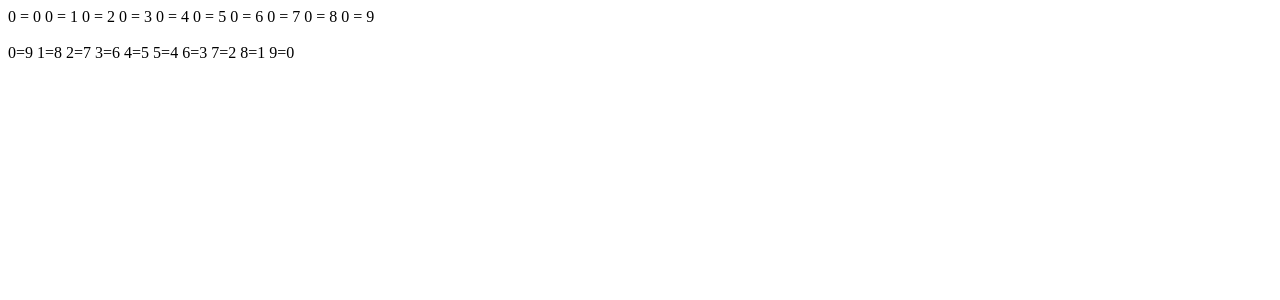
Repository: Sxcram02/1-daw
Page: http://localhost/ejercicios.php
An editor plug-in stored every save of this project. The page is shown before and after the next save, followed by the edit.
The browser window is 1280 px wide. The pictures show the whole page.
The page is run by PHP 8.4 with error messages shown; the project is at /var/www/html/.

Above is the page before, as saved 2023-02-07 16:08:40.

After the next save:
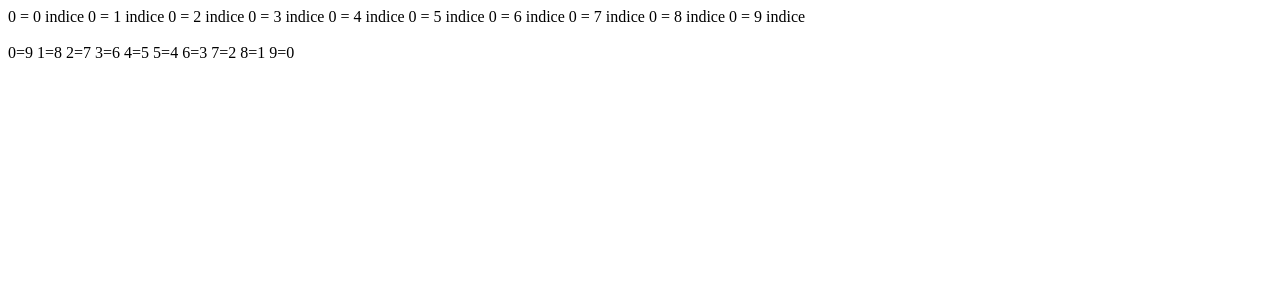
Saved 15 s later.
--- a/PROG/ejercicios.php
+++ b/PROG/ejercicios.php
@@ -1,7 +1,7 @@
 <?php
     for($i=0;$i<10;$i++){
         $array1[$i] = 0;
-        echo $array1[$i]." = $i \n";
+        echo $array1[$i]." = $i indice \n";
     };
 
     // EJERCICIO 2
